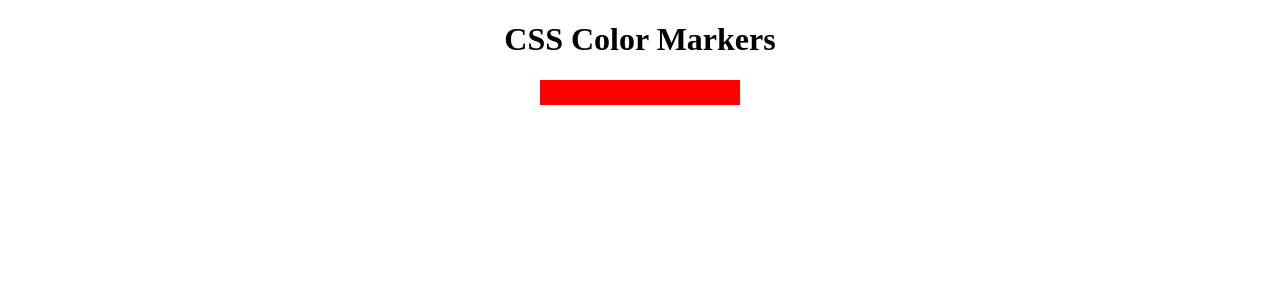
Repository: AimenDje/ColoredMarkers
Page: index.html
The author's editor kept a copy of each file at every save. The page is drawn from the files as they stood at one save, then again after the next save.
The browser window is 1280 px wide. The pictures show the whole page.

Above is the page before, as saved 2025-05-08 01:07:16.

### index.html
<!DOCTYPE html>
<html lang="en">
    <head>
        <meta charset="utf-8">
        <meta name="viewport" content="width=device-width, initial-scale=1.0">
        <link rel="stylesheet" href="styles.css">
        <title>Colored Markers</title>
    </head>
    <body>
        <h1>CSS Color Markers</h1>
        <div class="container">
            <div class="marker one">
            </div>
            <div class="marker two">
            </div>
            <div class="marker three">
            </div>
        </div>
      </body>
</html>

### styles.css
h1 {
    text-align:center;
}

.marker {
    width: 200px;
    height: 25px;
    margin: 10px auto;
  }

.one {
    background-color:red;
}

After the next save:
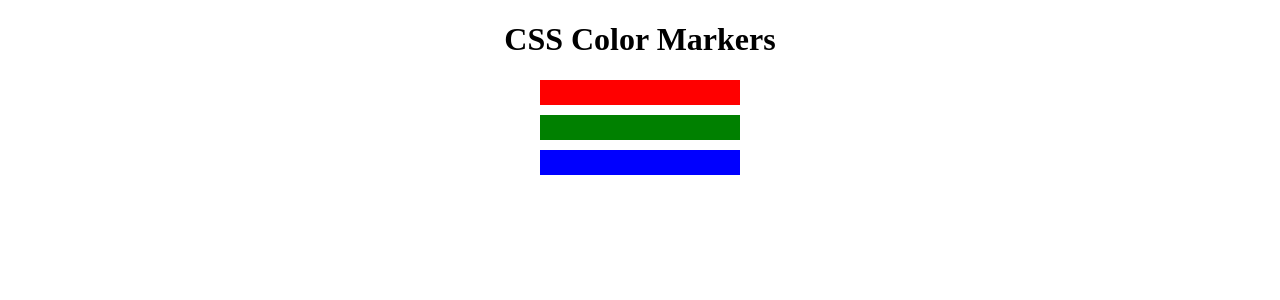
Saved 14 h 27 min later.
--- a/styles.css
+++ b/styles.css
@@ -1,6 +1,14 @@
 h1 {
     text-align:center;
 }
+
+.two{
+    background-color:green
+  }
+
+.three{
+    background-color:blue;
+  }
 
 .marker {
     width: 200px;
